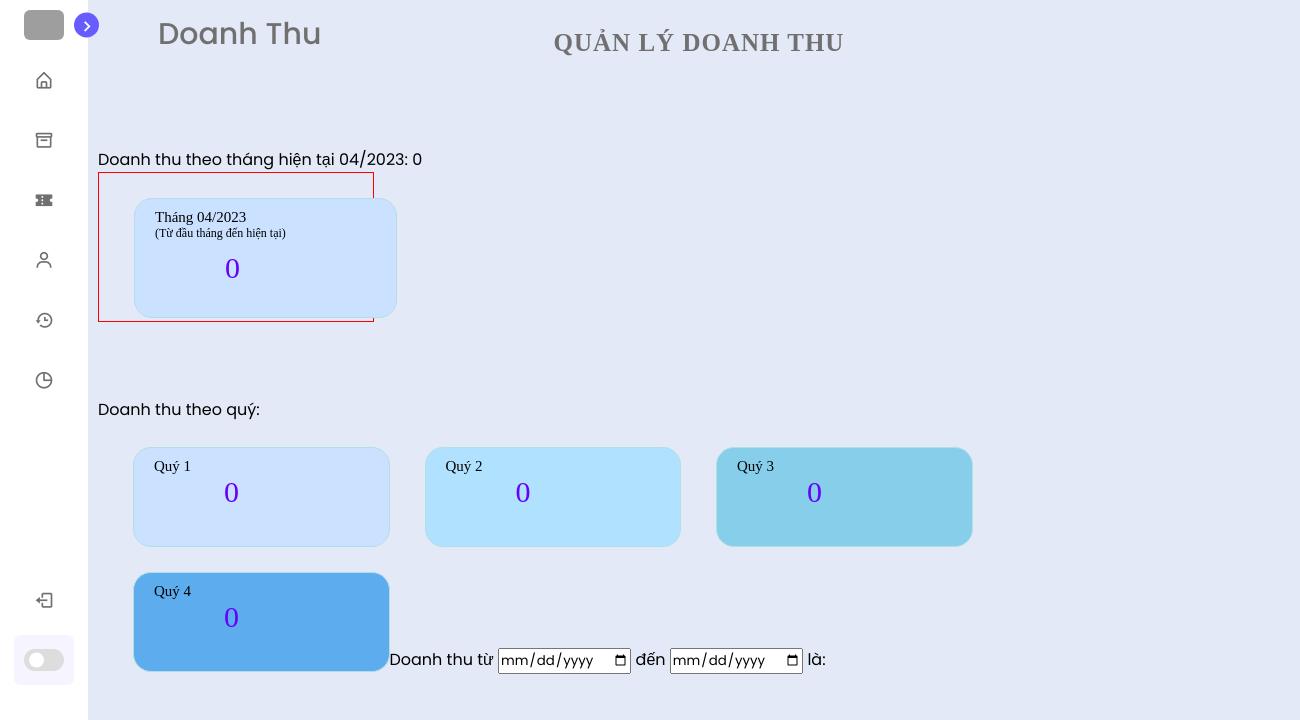
Repository: JeffDaveHudson/CapstoneProject
Page: http://localhost/CapstoneProject/revenue
These files come from the project's save history. The page is drawn as it stood at one moment and after the next save; the edit follows.
The browser window is 1280 px wide. The page is 1300 px wide, so the pictures cover 1300 px, including what lies to the right of the window. The pictures show the whole page.
Pictures or frames that could not be fetched are drawn as grey boxes. The page is served by Tomcat 9. Queries for data that is not in the repository find no rows.

Above is the page before, as saved 2023-06-14 04:28:56.

After the next save:
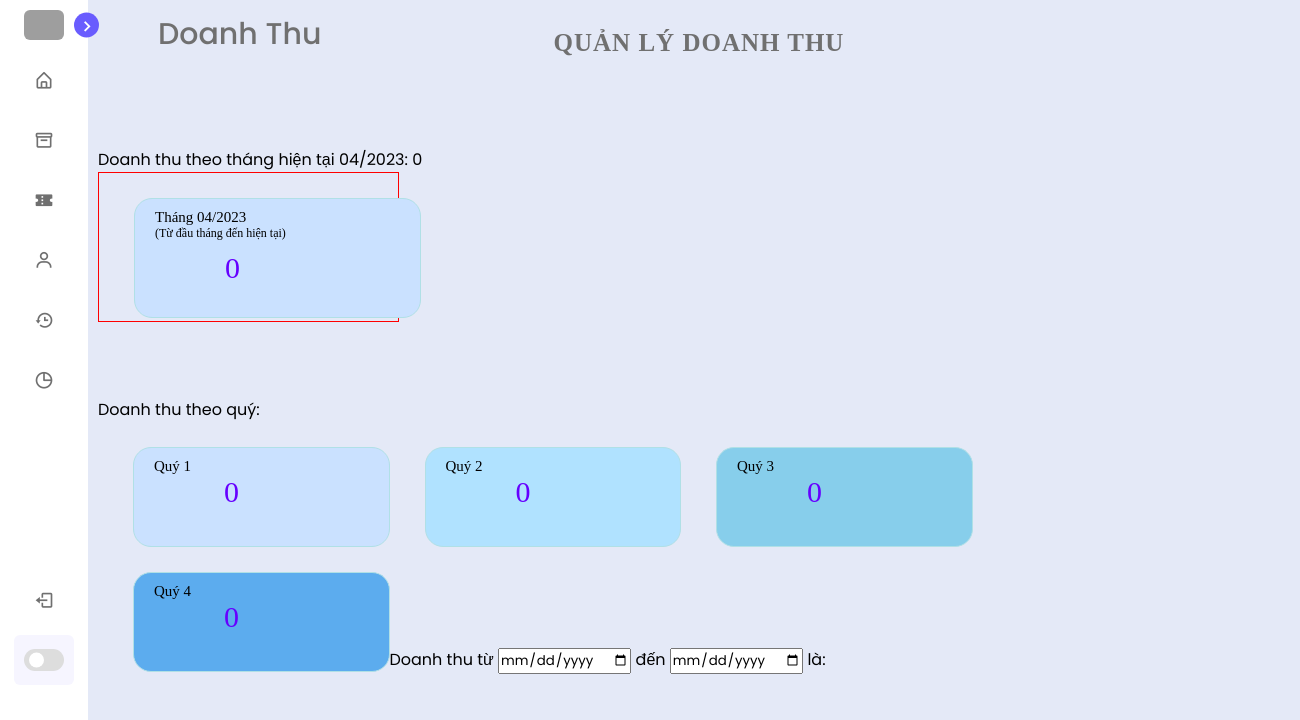
Saved 14 s later.
--- a/CapstoneProject/src/main/webapp/admin/Revenue.jsp
+++ b/CapstoneProject/src/main/webapp/admin/Revenue.jsp
@@ -59,7 +59,7 @@
 
 .div2{
 	border: 1px solid red;
-	width: 23%;
+	width: 25%;
 	height: 150px;
 }
 
